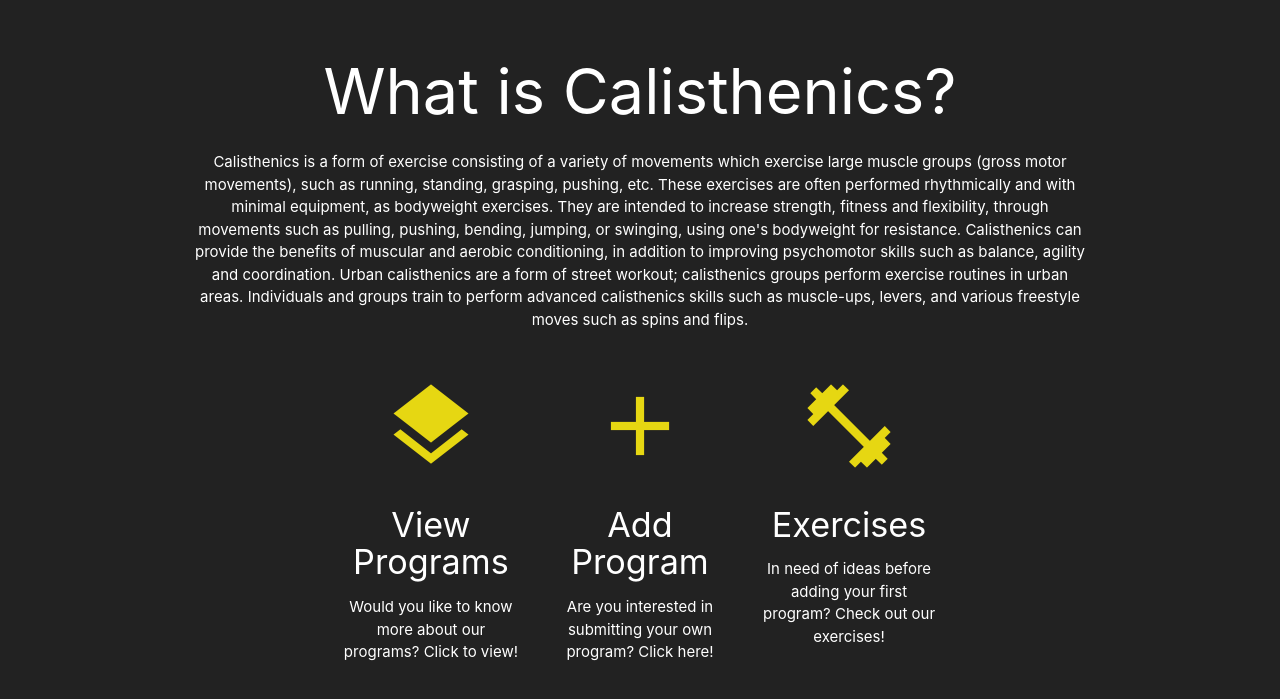
Repository: Ario124/calisthenics-project
Page: http://localhost/
The author's editor kept a record of every edit. The page is drawn from the files as they stood at one moment, then again after the next edit.
The browser window is 1280 px wide. The pictures show the part of the page from y = 769 to 1721 px (the page is 1468 px tall before and 1721 px after).
The page is served by the project's application, run on Flask 3 (app.py).

Above is the page before.

### templates/index.html
{% extends 'base.html' %}
{% block content %}

     <div class="video-container">
        <iframe src="///www.youtube.com/embed/FHBtLAvNGo4?start=14&end=103&controls=0&showinfo=0&rel=0&autoplay=1&loop=1&playlist=FHBtLAvNGo4&mute=1" frameborder="0" allowfullscreen></iframe>
      </div>


                <div class="container">
                    <div class="col s12 center">
                        <h1 class="center">What is Calisthenics?</h1>

                        <p class="flow-text">
                            Calisthenics is a form of exercise consisting of a variety of movements which exercise large muscle groups
                            (gross motor movements), such as running, standing, grasping, pushing, etc. These exercises are often performed rhythmically
                            and with minimal equipment, as bodyweight exercises.<span class ="hide-on-small-only"> They are intended to increase strength, fitness and flexibility, through
                            movements such as pulling, pushing, bending, jumping, or swinging, using one's bodyweight for resistance. Calisthenics can provide
                            the benefits of muscular and aerobic conditioning, in addition to improving psychomotor skills such as balance, agility and coordination.

                            Urban calisthenics are a form of street workout; calisthenics groups perform exercise routines in urban areas.
                            Individuals and groups train to perform advanced calisthenics skills such as muscle-ups, levers, and various freestyle moves such as spins and flips.</span>

                        </p>

                        <ul class="hide-on-large-only collapsible">
                            <li>
                                <div class="collapsible-header"><i class="material-icons">info_outline</i>Read More</div>
                                <div class="collapsible-body"><span>They are intended to increase strength, fitness and flexibility, through
                            movements such as pulling, pushing, bending, jumping, or swinging, using one's bodyweight for resistance. Calisthenics can provide
                            the benefits of muscular and aerobic conditioning, in addition to improving psychomotor skills such as balance, agility and coordination.

                            Urban calisthenics are a form of street workout; calisthenics groups perform exercise routines in urban areas.
                            Individuals and groups train to perform advanced calisthenics skills such as muscle-ups, levers, and various freestyle moves such as spins and flips.</span></div>
                            </li>
                        </ul>

                       <!--  <div class="row">
                            <div class="">
                                    <i class="icon-size material-icons">arrow_downward</i>
                            </div>

                        </div>

                    </div>

                </div>
              <div class="row contoo">
                    <h2 class="center-align">Training Programs</h2>
                    <h1>TEST</h1>
                    -->
            </div>
        <div class="container">
    <div class="center-align row">

      <div class="col s4">
          <a href="{{url_for('get_programs')}}"><i class="material-icons icon-size icon-color">layers</i></a>
        <h4>View Programs</h4>
        <p class="flow-text">Would you like to know more about our programs? Click to view!</p>
      </div>
      <div class="col s4">
          <a href="{{url_for('add_program')}}"> <i class="material-icons icon-size icon-color">add</i></a>
        <h4>Add Program</h4>
        <p class="flow-text">Are you interested in submitting your own program? Click here!</p>
      </div>
      <div class="col s4">
          <i class="material-icons icon-size icon-color">fitness_center</i>
        <h4>Exercises</h4>
        <p class="flow-text">In need of ideas before adding your first program? Check out our exercises!</p>
      </div>

    </div>
        </div>



{% endblock %}

### templates/base.html
<!DOCTYPE html>
<html lang="en">
<head>
    <meta charset="UTF-8">
    <meta name="viewport" content="width=device-width, initial-scale=1">
    <link href="https://fonts.googleapis.com/icon?family=Material+Icons" rel="stylesheet">
    <link rel="stylesheet" href="https://cdnjs.cloudflare.com/ajax/libs/materialize/1.0.0/css/materialize.min.css">
    <link rel="stylesheet" href="{{url_for('static', filename="css/main.css")}}" type="text/css" />

    <title>Calisthenics Project</title>
    <link rel="icon" href="https://d1ujqdpfgkvqfi.cloudfront.net/favicon-generator/htdocs/favicons/2019-09-19/50f3ab5b7a10e0ae0911c83435938cd6.ico.png">

</head>
<body>
    <header>

        <div id="navbar-test" class="navbar-fixed">
            <nav>
                <div class="nav-wrapper">
                    <a href="{{url_for('home')}}" class="brand-logo"><i class="material-icons nav-icon-pad">home</i></a>
                    <a href="{{url_for('home')}}" class="brand-logo center-align">Calisthenics</a>
                    <a href="#" data-target="mobile-demo" class="sidenav-trigger"><i class="material-icons">menu</i></a>
                    <ul class="right hide-on-med-and-down">
                        <li><a href="{{url_for('get_programs')}}">View Programs</a></li>
                        <li><a href="{{url_for('add_program')}}">Add Program</a></li>
                        <li><a href="{{url_for('exercises')}}">Exercises</a></li>
                        <li><a href="{{url_for('contact')}}">Contact Us</a></li>
                    </ul>
                </div>
            </nav>

            <ul class="sidenav" id="mobile-demo">
                <li><a class="sidenav-close" href="#!"><i class="material-icons">menu</i>Close</a></li>
                <li><a href="{{url_for('get_programs')}}">View Programs</a></li>
                <li><a href="{{url_for('add_program')}}">Add Program</a></li>
                <li><a href="{{url_for('exercises')}}">Exercises</a></li>
                <li><a href="{{url_for('contact')}}">Contact Us</a></li>
            </ul>
        </div>

    </header>



    {% block content %} {% endblock %}

    <script src="https://cdnjs.cloudflare.com/ajax/libs/jquery/3.4.1/jquery.min.js"></script>
    <script src="https://cdnjs.cloudflare.com/ajax/libs/materialize/1.0.0/js/materialize.min.js"></script>
    <script type="text/javascript">
        M.AutoInit()
    </script>
    <script>
        var prevScrollpos = window.pageYOffset;
window.onscroll = function() {
  var currentScrollPos = window.pageYOffset;
  if (prevScrollpos > currentScrollPos) {
    document.getElementById("navbar-test").style.top = "0";
  } else {
    document.getElementById("navbar-test").style.top = "-70px";
  }
  prevScrollpos = currentScrollPos;
}
    </script>

</body>

</html>

### app.py
import os
from flask import Flask, render_template, redirect, request, url_for
from flask_pymongo import PyMongo
from bson.objectid import ObjectId

app = Flask(__name__)


app.config["MONGO_DBNAME"] = 'calisthenics-project'
app.config["MONGO_URI"] = 'mongodb+srv://root:pasol005@myfirstcluster-qno2b.mongodb.net/calisthenics?retryWrites=true&w=majority'


mongo = PyMongo(app)

@app.route('/')
@app.route('/home')
def home():
    return render_template('index.html')

@app.route('/add_program')
def add_program():
    return render_template('add_program.html', categories =mongo.db.categories.find(), difficulty =mongo.db.difficulty.find())


@app.route('/categories')
def categories():
    return render_template('categories.html')

@app.route('/contact')
def contact():
    return render_template('contact.html')

@app.route('/get_programs')
def get_programs():
    return render_template('programs.html',
        training_programs=mongo.db.training_programs.find(), description =mongo.db.description.find())


@app.route('/insert_program', methods=['POST'])
def insert_program():
    training_programs = mongo.db.training_programs
    training_programs.insert_one(request.form.to_dict())
    return redirect(url_for('get_programs'))

@app.route('/edit_program/<program_id>')
def edit_program(program_id):
    _program = mongo.db.training_programs.find_one({"_id": ObjectId(program_id)})
    _categories = mongo.db.categories.find()
    _difficulty = mongo.db.difficulty.find()
    category_list = [category for category in _categories]
    difficulty_list = [difficult for difficult in _difficulty]
    return render_template('edit_program.html', program = _program, categories = category_list, difficulties = difficulty_list)


@app.route('/update_program/<program_id>', methods=['POST'])
def update_program(program_id):
    training_programs = mongo.db.training_programs
    training_programs.update({'_id': ObjectId(program_id)},
    {
        'category_name':request.form.get('category_name'),
        'difficulty_level':request.form.get('difficulty_level'),
        'program_name':request.form.get('program_name'),
        'exercise':request.form.get('exercise'),
        'exercise2':request.form.get('exercise2'),
        'exercise3':request.form.get('exercise3'),
        'sets_amount':request.form.get('sets_amount'),
        'sets_amount2':request.form.get('sets_amount2'),
        'sets_amount3':request.form.get('sets_amount3'),
        'reps_amount':request.form.get('reps_amount'),
        'reps_amount2':request.form.get('reps_amount2'),
         'reps_amount3':request.form.get('reps_amount3'),
        'equipment_required':request.form.get('equipment_required'),
        'description':request.form.get('description')
    })
    return redirect(url_for('get_programs'))

@app.route('/add_exercise')
def add_exercise():
    return render_template('add_exercise.html')


@app.route('/delete_program/<program_id>')
def delete_program(program_id):
    mongo.db.training_programs.remove({'_id': ObjectId(program_id)})
    return redirect(url_for('get_programs'))


@app.route('/exercises')
def exercises():
    return render_template('exercises.html')

if __name__ == '__main__':
    app.run(host=os.environ.get('IP'),
            port=int(os.environ.get('PORT')),
            debug=True)

### static/css/main.css
nav {
    background-color: #317a90f7;

}

.brand-logo {
    font-size: 40px;
}

.video-container iframe, .video-container object, .video-container embed {
    position: absolute;
    top: 0;
    left: 0;
    width: 100%;
    height: 100%;

}


.circle {
    width: 36%;
}

.video-container {
    bottom: 65px;
    z-index: -4;
}

.collapsible-header {
background-color: transparent;
}

.icon-size {
    font-size: 100px;
    margin-top:30px;
}

.contoo {
    background-color: #212525e8;
    color: orange;
}

.program-header {
    margin-top: 5px;
}

.colored-title {
    color: #e85a13;
}

.icon-color {
    color: #e6d712;
}

.icon-color2 {
    color: #24eabe;
}

.btn-colored {
    background-color: #71c4d8e0;
}

.btn-colored:hover {
    background-color: #3196af;
}

.img-test {
    background-image: url("/static/images/Pushups.jpg");
}

.icon-exercises {
    font-size: 100px;
    margin-top:30px;
    color: #f91d1d;
}

.expert_title {
    margin-bottom: 30px;
    margin-top: 30px;
}
body {
    background-color: #222;
    color: white;
}

nav .brand-logo i, .hoomee {
    font-size: 40px;
}

.select-dropdown {
    color: white;
}

.select-dropdown li.disabled>span {
    color: white;
}

.select-dropdown:focus {
    color:white;
}

input {
    color:white;


}

.container {
    color:white;
}

textarea.materialize-textarea {
    color:white;
}

.dropdown-content {
    background-color: #313131;
}

.dropdown-content li>span {
    color:white;
}

.select-wrapper .caret {
    fill:white
}

.sidenav-overlay {
    opacity: 0 !important;
    position: relative;
}

        .nav-icon-pad {
 padding-left:220px;

}


            .flow-text {
        font-size: 1rem;
    }


/* MEDIA QUERIES */



@media all and (min-width: 480px) and (max-width: 768px) {
    nav {
        background-color: #d0501ef7;
    }
            .flow-text {
        font-size: 2.1rem;
    }
}

@media all and (min-width: 769px) and (max-width: 1024px) {

    nav {
        background-color: #d01e1ef7;
    }

        .flow-text {
        font-size: 2.1rem;
    }

}


@media all and (min-width: 1025px) {

        nav .brand-logo {
            left: 43%;
        }

        .nav-icon-pad {
 padding-left:190px;
}

}

After the next edit:
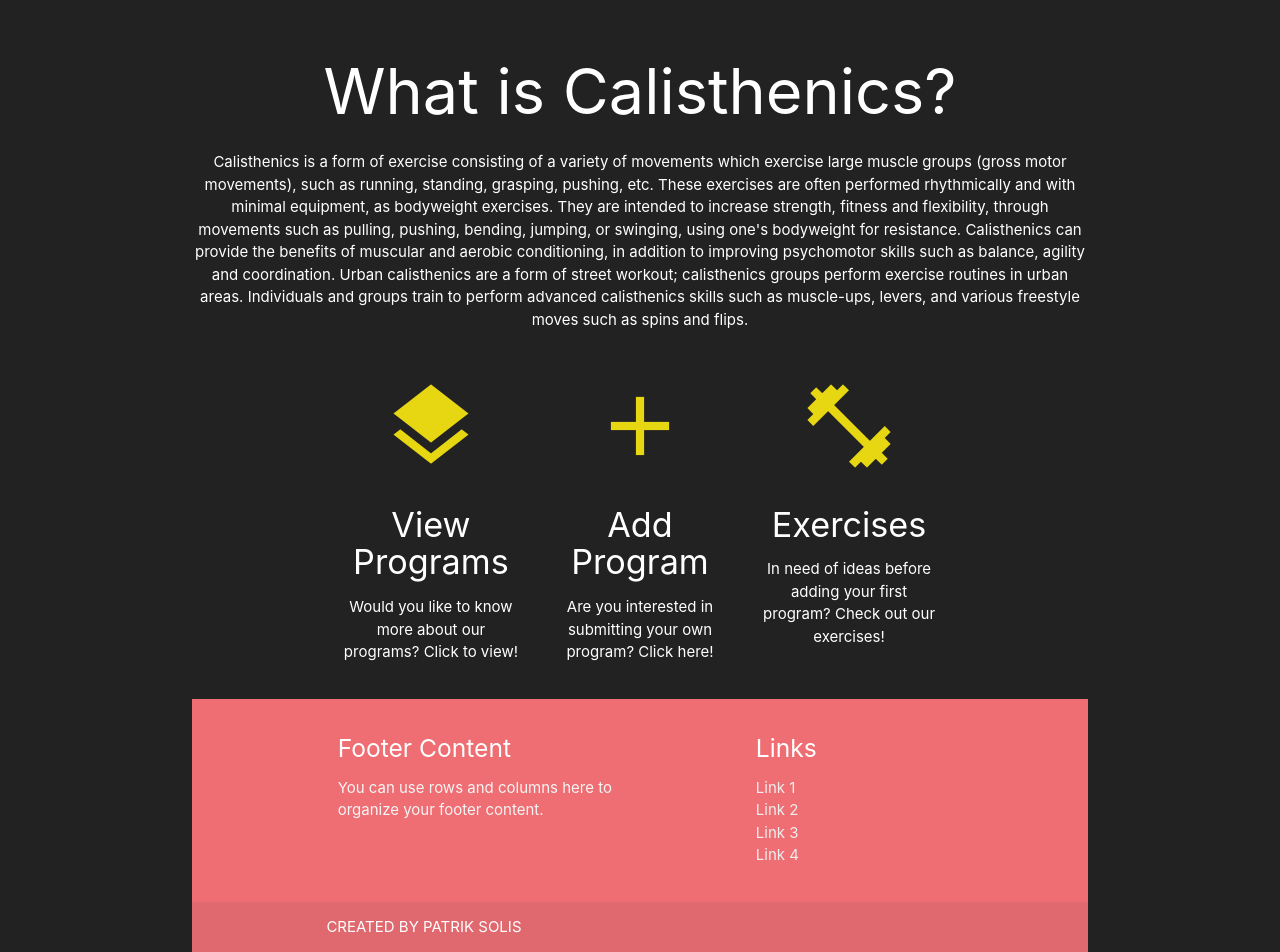
The edit:
--- a/templates/base.html
+++ b/templates/base.html
@@ -63,5 +63,30 @@
     </script>
 
 </body>
+        <footer class="page-footer">
+          <div class="container">
+            <div class="row">
+              <div class="col l6 s12">
+                <h5 class="white-text">Footer Content</h5>
+                <p class="grey-text text-lighten-4">You can use rows and columns here to organize your footer content.</p>
+              </div>
+              <div class="col l4 offset-l2 s12">
+                <h5 class="white-text">Links</h5>
+                <ul>
+                  <li><a class="grey-text text-lighten-3" href="#!">Link 1</a></li>
+                  <li><a class="grey-text text-lighten-3" href="#!">Link 2</a></li>
+                  <li><a class="grey-text text-lighten-3" href="#!">Link 3</a></li>
+                  <li><a class="grey-text text-lighten-3" href="#!">Link 4</a></li>
+                </ul>
+              </div>
+            </div>
+          </div>
+          <div class="footer-copyright">
+            <div class="container">
+            CREATED BY PATRIK SOLIS
+            <a target="_blank" href="https://github.com/Ario124"><i class="fa fa-github fa-2x"></i></a>
+            </div>
+          </div>
+        </footer>
 
 </html>
